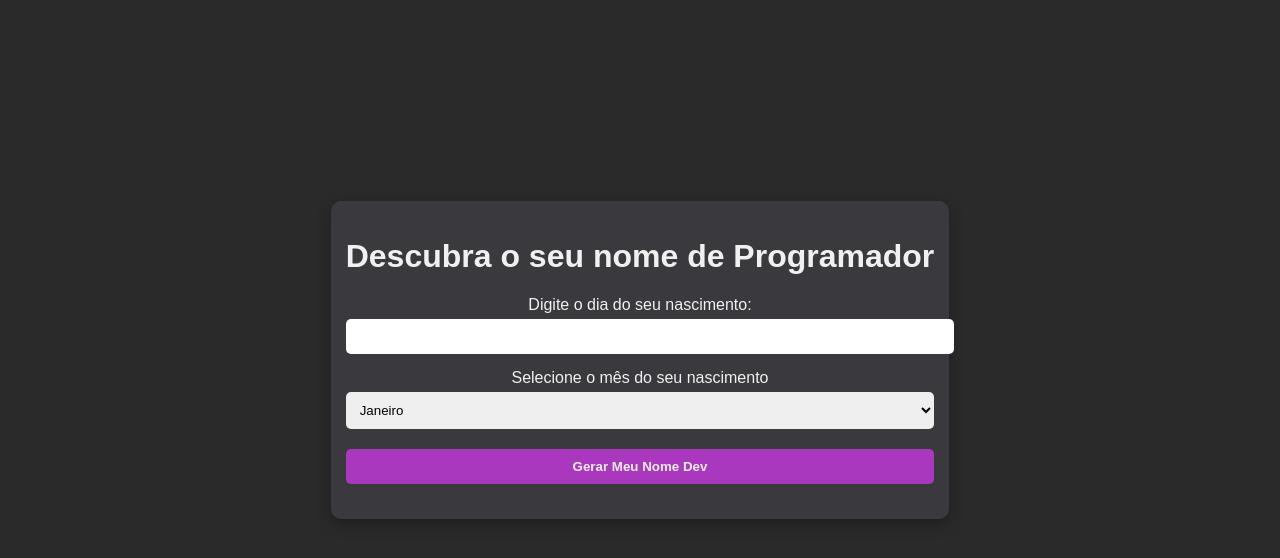
Repository: analessp/seu-nome-dev
Page: index.html
The author's editor kept a copy of each file at every save. The page is drawn from the files as they stood at one save, then again after the next save.
The browser window is 1280 px wide. The pictures show the whole page.

Above is the page before, as saved 2025-05-13 11:22:07.

After the next save:
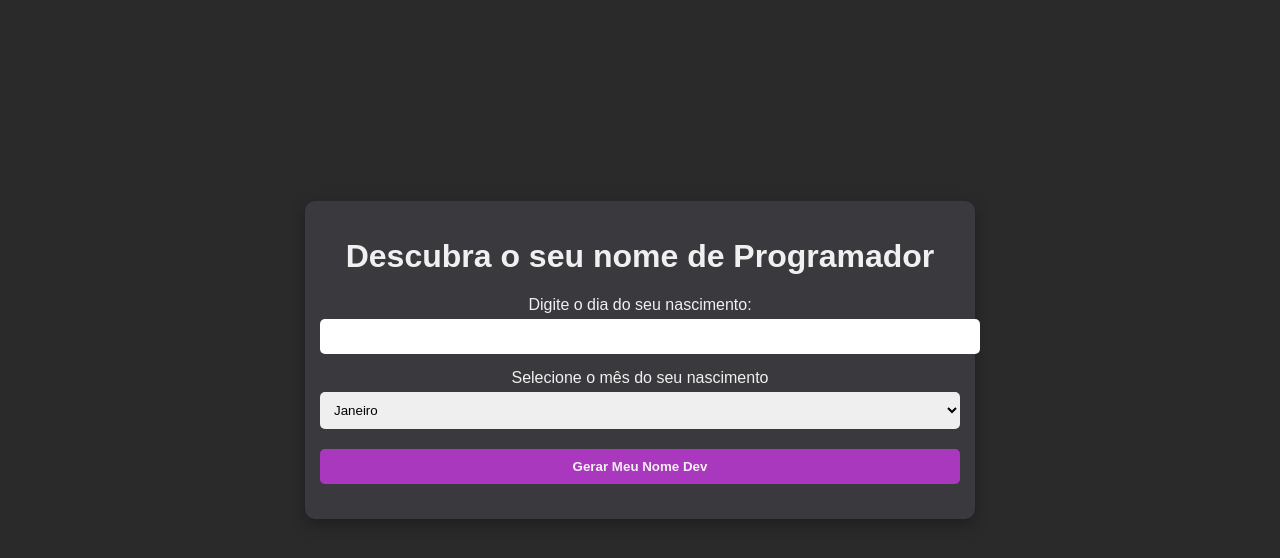
Saved 4 s later.
--- a/styles.css
+++ b/styles.css
@@ -12,7 +12,7 @@
 .container {
     background-color: #3a3a3e;
     padding: 15px;
-    width: 50;
+    width: 50%;
     border-radius: 10px;
     box-shadow: 0px 5px 15px rgba(0, 0, 0, 0.3);
     text-align: center;

After the save that followed:
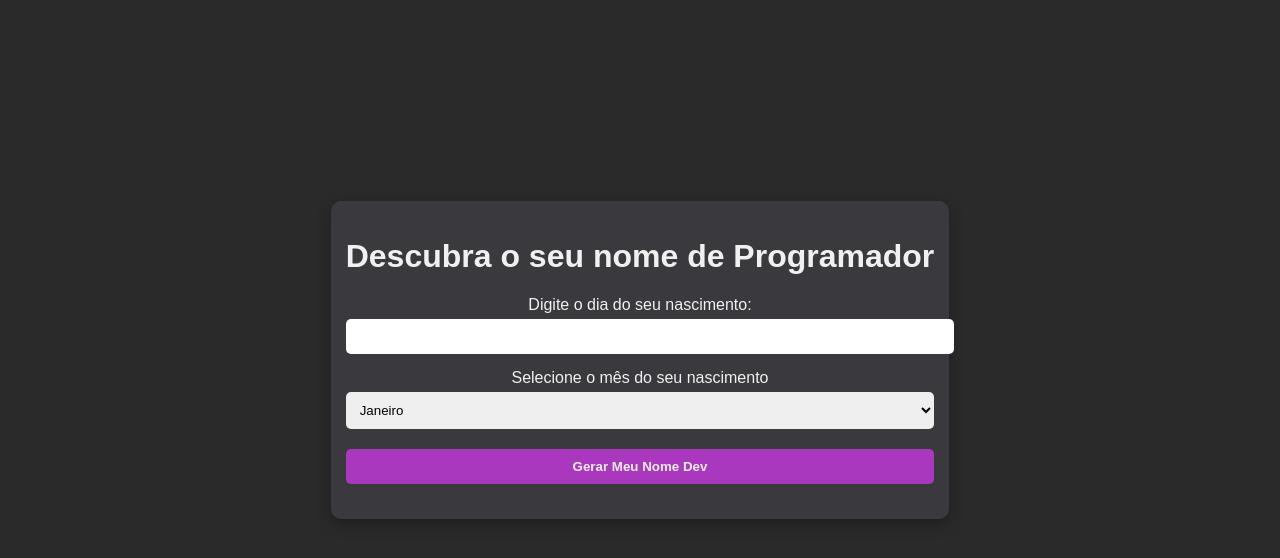
Saved 36 s later.
--- a/styles.css
+++ b/styles.css
@@ -12,7 +12,6 @@
 .container {
     background-color: #3a3a3e;
     padding: 15px;
-    width: 50%;
     border-radius: 10px;
     box-shadow: 0px 5px 15px rgba(0, 0, 0, 0.3);
     text-align: center;
